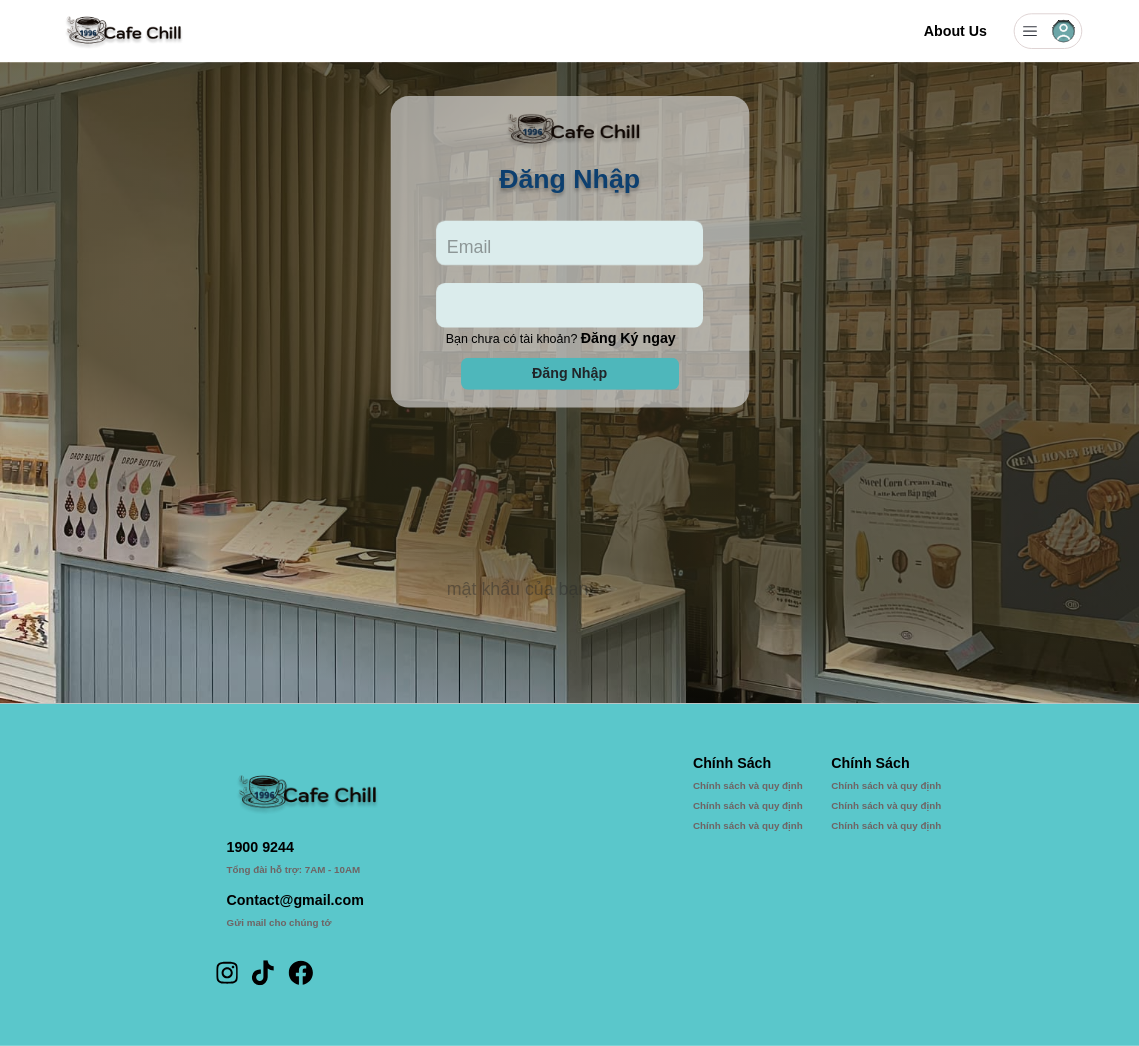
Repository: eriklehnsher/CafeReview-Vue3
Page: /#/login
An editor plug-in stored every save of this project. The page is shown before and after the next save, followed by the edit.
The browser window is 1280 px wide. The pictures show the whole page, at 89% of full size.
Backgrounds fixed to the window are drawn as part of the page. Some web fonts or font styles are not loaded; a fallback is used. The project was rebuilt for these pictures with package versions that can differ from the ones it lists, and the page was loaded fresh each time. Also part of the build but not shown: vue.config.js, src/HomePage/SearchBox.vue, src/HomePage/ListStores.vue, src/HomePage/LocateStores.vue, src/HomePage/Promos.vue, src/HomePage/HomePage.vue.

Above is the page before, as saved 2023-10-26 19:22:13.

After the next save:
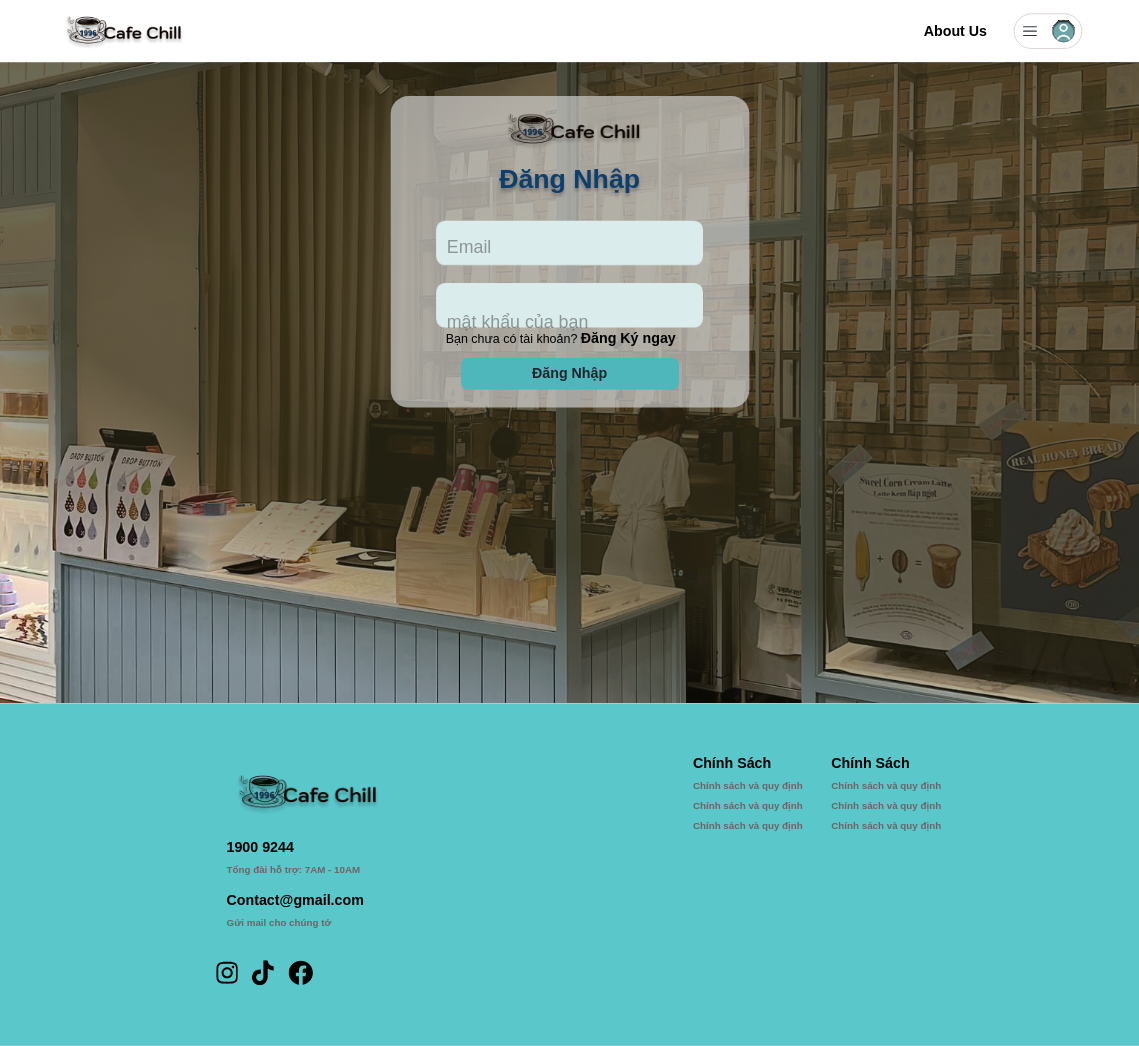
Saved 29 s later.
--- a/src/assets/scss/pages/LoginPage.scss
+++ b/src/assets/scss/pages/LoginPage.scss
@@ -59,7 +59,7 @@
 }
 .label__login--password {
     position: absolute;
-    top: 320px;
+    top: 20px;
     margin: 12px;
     font-size: 20px;
     color: rgba(42, 40, 40, 0.439);
